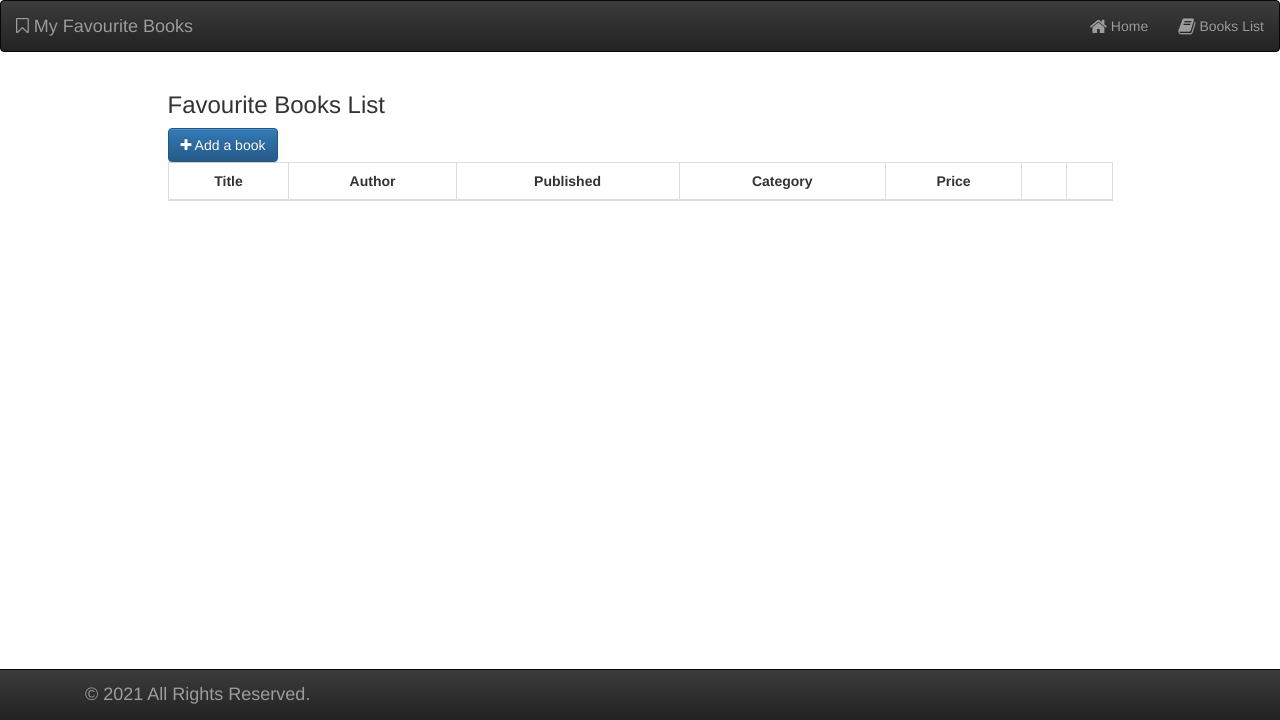
Repository: Ann8002/COMP229-F2021-MidTerm
Page: http://localhost/books
An editor plug-in stored every save of this project. The page is shown before and after the next save, followed by the edit.
The browser window is 1280 px wide. The pictures show the whole page.
The page is served by the project's Node server (server.js). Queries for data that is not in the repository find no rows.

Above is the page before, as saved 2021-10-28 12:42:06.

After the next save:
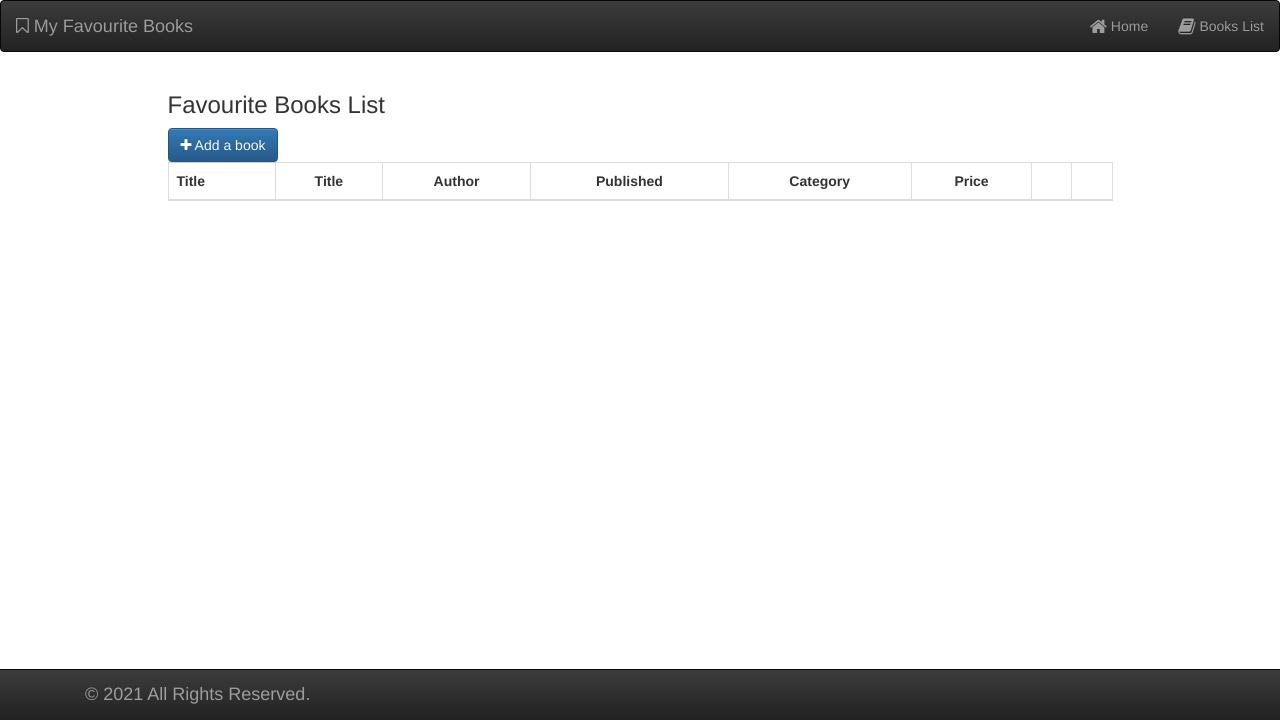
Saved 5 min 25 s later.
--- a/server/views/books/index.ejs
+++ b/server/views/books/index.ejs
@@ -14,6 +14,7 @@
             <table class="table table-bordered table-striped table-hover">
               <thead>
                 <tr>
+                  <th>Title</th>
                   <th class="text-center">Title</th>
                   <th class="text-center">Author</th>
                   <th class="text-center">Published</th>
@@ -27,6 +28,7 @@
                 <!-- Template Row -->
                 <% for (let count = 0; count < books.length; count++) { %>
                 <tr>
+                  <td><%= books[count].Title %></td>
                   <td class="text-center">$<%= books[count].Title %></td>
                   <td class="text-center"><%= books[count].Author %></td>
                   <td class="text-center"><%= books[count].Published %></td>
